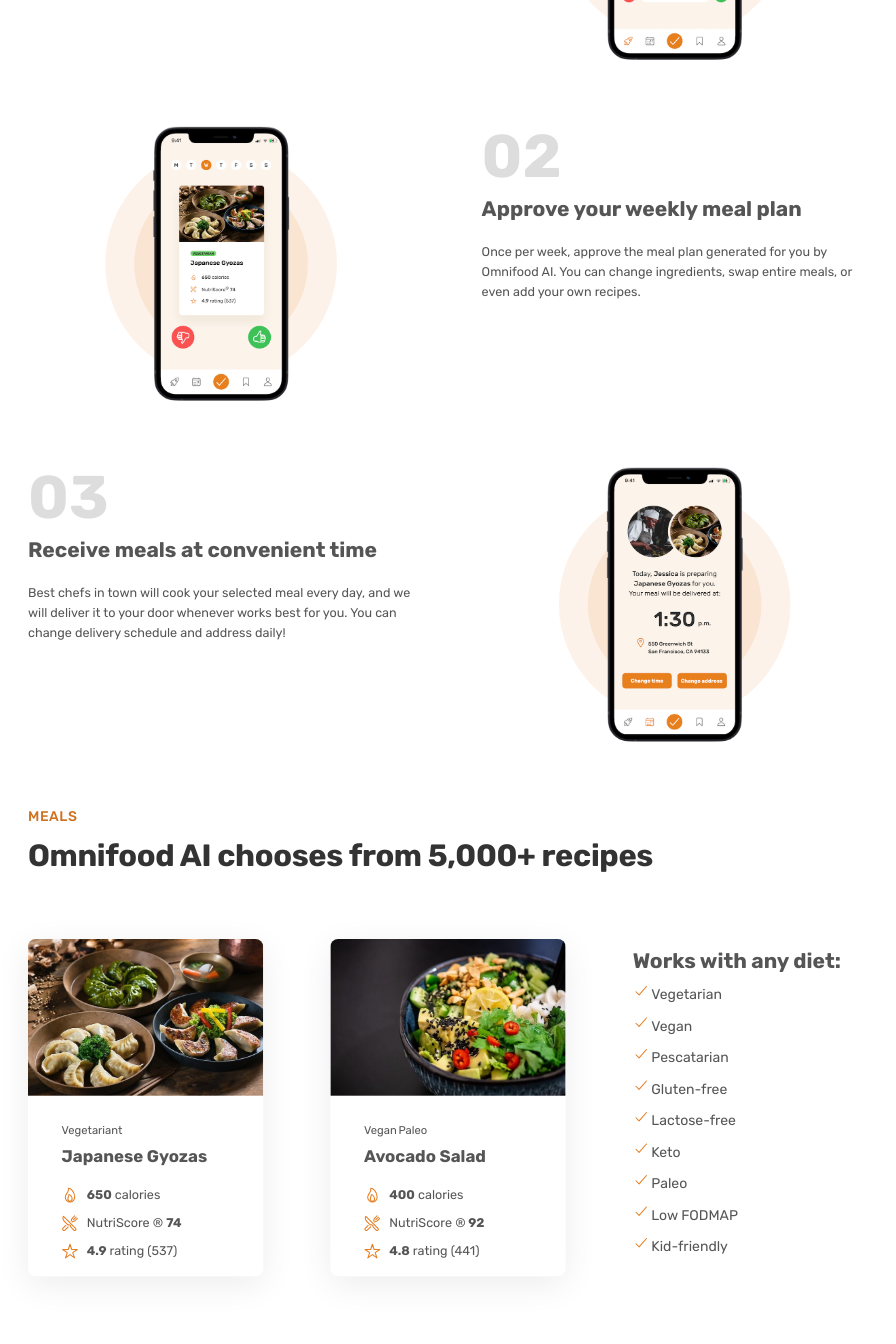
Repository: WefsCao/Omnifood
Page: index.html
An editor plug-in stored every save of this project. The page is shown before and after the next save, followed by the edit.
The browser window is 1280 px wide. The pictures show the part of the page from y = 1405 to 3325 px (the page is 3325 px tall), at 70% of full size.

Above is the page before, as saved 2022-06-05 15:36:03.

### index.html
<!DOCTYPE html>
<html lang="en">
  <head>
    <meta charset="UTF-8" />
    <meta http-equiv="X-UA-Compatible" content="IE=edge" />
    <meta name="viewport" content="width=device-width, initial-scale=1.0" />

    <link rel="preconnect" href="https://fonts.googleapis.com" />
    <link rel="preconnect" href="https://fonts.gstatic.com" crossorigin />
    <link
      href="https://fonts.googleapis.com/css2?family=Rubik:wght@400;500;600;700&display=swap"
      rel="stylesheet"
    />
    <link rel="stylesheet" href="./css/general.css" />
    <link rel="stylesheet" href="./css/style.css" />
    <title>Omnifood</title>
  </head>
  <body>
    <header class="header">
      <img class="logo" src="img/omnifood-logo.png" alt="heder of logo" />

      <nav class="nav-main">
        <ul class="nav-main-list">
          <li><a href="#" class="nav-main-link">How it works</a></li>
          <li><a href="#" class="nav-main-link">Meals</a></li>
          <li><a href="#" class="nav-main-link">Testimonial</a></li>
          <li><a href="#" class="nav-main-link">Pricing</a></li>
          <li><a href="#" class="nav-main-link nav-cta">Try for free</a></li>
        </ul>
      </nav>
    </header>
    <main>
      <section class="section-hero">
        <div class="hero">
          <div class="hero-text-box">
            <h1 class="heading-primary">
              A healthy meal delivered to your door, every single day
            </h1>
            <p class="hero-description">
              The smart 365-days-per-year food subscription that will make you
              eat healthy again. Tailored to your personal tastes and
              nutritional needs.
            </p>
            <a href="#" class="btn btn--full margin-right-sm"
              >Start eating well</a
            >
            <a href="#" class="btn btn--outline">Learn more &darr;</a>
            <div class="delivered-meals">
              <div class="delivered-imgs">
                <img src="img/customers/customer-1.jpg" />
                <img src="img/customers/customer-2.jpg" />
                <img src="img/customers/customer-3.jpg" />
                <img src="img/customers/customer-4.jpg" />
                <img src="img/customers/customer-5.jpg" />
                <img src="img/customers/customer-6.jpg" />
              </div>
              <div class="delivered-text">
                <span>250,000+ </span>meals last year!
              </div>
            </div>
          </div>
          <div class="hero-img-box">
            <img src="img/hero.png" alt="Hero of image" class="hero-img" />
          </div>
        </div>
      </section>
      <section class="section-how">
        <div class="step-title container">
          <span class="subtitle">How it works</span>
          <h2 class="heading-secondary">
            Your daily dose of health in 3 simple steps
          </h2>
        </div>

        <!-- STEP 01 -->
        <div class="step-content container grid grid--2-cols">
          <div class="step-text-box">
            <div class="step-number">01</div>
            <h3 class="heading-tertiary">
              Tell us what you like (and what not)
            </h3>
            <p class="step-text">
              Never again waste time thinking about what to eat! Omnifood AI
              will create a 100% personalized weekly meal plan just for you. It
              makes sure you get all the nutrients and vitamins you need, no
              matter what diet you follow!
            </p>
          </div>
          <div class="step-img-box">
            <img
              class="step-img"
              src="img/app/app-screen-1.png"
              alt="app screen 1"
            />
          </div>
        </div>
        <!-- STEP 02 -->
        <div class="step-content container grid grid--2-cols">
          <div class="step-img-box">
            <img
              class="step-img"
              src="img/app/app-screen-2.png"
              alt="app screen 2"
            />
          </div>
          <div class="step-text-box">
            <div class="step-number">02</div>
            <h3 class="heading-tertiary">Approve your weekly meal plan</h3>
            <p class="step-text">
              Once per week, approve the meal plan generated for you by Omnifood
              AI. You can change ingredients, swap entire meals, or even add
              your own recipes.
            </p>
          </div>
        </div>

        <!-- STEP 03 -->
        <div class="step-content container grid grid--2-cols">
          <div class="step-text-box">
            <div class="step-number">03</div>
            <h3 class="heading-tertiary">Receive meals at convenient time</h3>
            <p class="step-text">
              Best chefs in town will cook your selected meal every day, and we
              will deliver it to your door whenever works best for you. You can
              change delivery schedule and address daily!
            </p>
          </div>
          <div class="step-img-box">
            <img
              class="step-img"
              src="img/app/app-screen-3.png"
              alt="app screen 3"
            />
          </div>
        </div>
      </section>
      <section class="section-meals">
        <div class="container">
          <span class="subtitle">Meals</span>
          <h2 class="heading-secondary">
            Omnifood AI chooses from 5,000+ recipes
          </h2>
        </div>
        <div class="meals container grid grid--3-cols">
          <div class="meal">
            <img
              class="meal-img"
              src="img/meals/meal-1.jpg"
              alt="Japanese Gyozas"
            />
            <div class="meal-content">
              <span class="meal-tag">Vegetariant</span>
              <h3 class="meal-title">Japanese Gyozas</h3>
              <ul class="meal-attributes">
                <li class="meal-attribute">
                  <ion-icon class="meal-icon" name="flame-outline"></ion-icon>
                  <span><strong>650</strong> calories</span>
                </li>

                <li class="meal-attribute">
                  <ion-icon
                    class="meal-icon"
                    name="restaurant-outline"
                  ></ion-icon>
                  <span> NutriScore &reg; <strong>74</strong></span>
                </li>
                <li class="meal-attribute">
                  <ion-icon class="meal-icon" name="star-outline"></ion-icon>
                  <span><strong>4.9</strong> rating (537)</span>
                </li>
              </ul>
            </div>
          </div>
          <div class="meal">
            <img
              class="meal-img"
              src="img/meals/meal-2.jpg"
              alt="Avocado Salad"
            />
            <div class="meal-content">
              <div class="meal-tags">
                <span class="meal-tag">Vegan</span>
                <span class="meal-tag">Paleo</span>
              </div>
              <h3 class="meal-title">Avocado Salad</h3>
              <ul class="meal-attributes">
                <li class="meal-attribute">
                  <ion-icon class="meal-icon" name="flame-outline"></ion-icon>
                  <span><strong>400</strong> calories</span>
                </li>

                <li class="meal-attribute">
                  <ion-icon
                    class="meal-icon"
                    name="restaurant-outline"
                  ></ion-icon>
                  <span>NutriScore &reg;<strong> 92</strong></span>
                </li>
                <li class="meal-attribute">
                  <ion-icon class="meal-icon" name="star-outline"></ion-icon>
                  <span><strong>4.8</strong> rating (441)</span>
                </li>
              </ul>
            </div>
          </div>
          <div class="list">
            <h3 class="heading-tertiary">Works with any diet:</h3>
            <ul class="diets">
              <li class="diet">
                <ion-icon class="diet-icon" name="checkmark-outline"></ion-icon>
                <span class="link">Vegetarian</span>
              </li>
              <li class="diet">
                <ion-icon class="diet-icon" name="checkmark-outline"></ion-icon>
                <span class="link">Vegan</span>
              </li>
              <li class="diet">
                <ion-icon class="diet-icon" name="checkmark-outline"></ion-icon>
                <span class="link">Pescatarian</span>
              </li>
              <li class="diet">
                <ion-icon class="diet-icon" name="checkmark-outline"></ion-icon>
                <span class="link">Gluten-free</span>
              </li>
              <li class="diet">
                <ion-icon class="diet-icon" name="checkmark-outline"></ion-icon>
                <span class="link">Lactose-free</span>
              </li>
              <li class="diet">
                <ion-icon class="diet-icon" name="checkmark-outline"></ion-icon>
                <span class="link">Keto</span>
              </li>
              <li class="diet">
                <ion-icon class="diet-icon" name="checkmark-outline"></ion-icon>
                <span class="link">Paleo</span>
              </li>
              <li class="diet">
                <ion-icon class="diet-icon" name="checkmark-outline"></ion-icon>
                <span class="link">Low FODMAP</span>
              </li>
              <li class="diet">
                <ion-icon class="diet-icon" name="checkmark-outline"></ion-icon>
                <span class="link">Kid-friendly</span>
              </li>
            </ul>
          </div>
        </div>
      </section>
    </main>
    <script
      type="module"
      src="https://unpkg.com/ionicons@5.5.2/dist/ionicons/ionicons.esm.js"
    ></script>
    <script
      nomodule
      src="https://unpkg.com/ionicons@5.5.2/dist/ionicons/ionicons.js"
    ></script>
  </body>
</html>

### css/general.css
/*
--- 01 TYPOGRAPHY
- Font size system (px)
    10 / 12 / 14 / 16 / 18 / 20 / 24 / 30 / 36 / 44 / 52 / 62 / 74 / 86 / 98

- Font weights:
Default: 400

- Line heights:
Default: 1
Small: 1.05


--- 02 COLOR

- Primary: #e67e22
- Tints: #fdf2e9
- Shades: #cf711f
- Accents:
- Grey:
 #555
 #333

 --- 05 SHADOW

 --- 06 BORDER RADIUS
 - Default: 9px

 --- 07 WHITE SPACES
 - Spacing system (px)
 2 / 4 / 8 / 12 / 16 / 24 / 32 / 48 / 64 / 80 / 96 / 128
*/
html {
  font-size: 62.5%;
}
* {
  margin: 0;
  padding: 0;
  box-sizing: border-box;
}
body {
  font-family: "Rubik", sans-serif;
  color: #555;
  font-weight: 400;
  line-height: 1;
}

/****************************************/
/* GENERAL REUSE COMPONENTS */
/****************************************/
.heading-primary,
.heading-secondary {
  line-height: 1.05;
  color: #333;
  font-weight: 700;
  letter-spacing: -0.5px;
  margin-bottom: 3.2rem;
}
.heading-primary {
  font-size: 5.2rem;
}

.btn--full:link,
.btn--full:visited {
  background-color: #e67e22;
  color: #fff;
}
.btn--full:hover,
.btn--full:active {
  background-color: #cf711f;
}

.grid {
  display: grid;
  gap: 9.6rem;
}
.grid--2-cols {
  grid-template-columns: repeat(2, 1fr);
}
.grid--3-cols {
  grid-template-columns: repeat(3, 1fr);
}
.container {
  max-width: 120rem;
  margin: 0 auto;
}

/*************************************/
/* HELPER CLASSES */
/*************************************/

.margin-right-sm {
  margin-right: 1.6rem !important;
}
.heading-tertiary {
  font-size: 3rem;
  font-weight: 700;
  margin: 1.6rem 0;
}

### css/style.css
/****************************************/
/* HEADER */
/****************************************/
.header {
  display: flex;
  align-items: center;
  justify-content: space-between;
  height: 9.6rem;
  padding: 0 4.8rem;
  background-color: #fdf2e9;
}
.logo {
  height: 2.2rem;
}

/****************************************/
/* NAVIGATION */
/****************************************/

.nav-main-list {
  display: flex;
  align-items: center;
  gap: 3.2rem;
  list-style: none;
}
.nav-main-link:link,
.nav-main-link:visited {
  color: #333;
  font-size: 1.8rem;
  font-weight: 600;
  text-decoration: none;
  transition: all 0.3s;
}
.nav-main-link:hover,
.nav-main-link:active {
  color: #e67e22;
}

.nav-main-link.nav-cta:link,
.nav-main-link.nav-cta:visited {
  padding: 1.2rem 2.4rem;
  background-color: #e67e22;
  border-radius: 9px;
  color: #fff;
}
.nav-main-link.nav-cta:hover,
.nav-main-link.nav-cta:active {
  background-color: #cf711f;
}

/****************************************/
/* HERO */
/****************************************/
.section-hero {
  background-color: #fdf2e9;
  padding: 4.8rem 0 9.6rem 0;
}

.hero {
  display: grid;
  grid-template-columns: 1fr 1fr;
  gap: 4.8rem;
  align-items: center;
  max-width: 130rem;
  padding: 0 3.2rem;
  margin: 0 auto;
}

.hero-description {
  font-size: 2rem;
  line-height: 1.6;
  margin-bottom: 4.8rem;
}
.btn:link,
.btn:visited {
  outline: none;
  display: inline-block;
  padding: 1.6rem 3.2rem;
  font-size: 1.8rem;
  font-weight: 700;
  border-radius: 9px;
  text-decoration: none;
  transition: all 0.3s;
}

.btn--outline:link,
.btn--outline:visited {
  background-color: #fff;
  color: #555;
}
.btn--outline:hover,
.btn--outline:active {
  background-color: #fdf2e9;
  box-shadow: inset 0 0 0 3px #fff;
}

.delivered-meals {
  display: flex;
  align-items: center;
  gap: 1.6rem;
  margin-top: 8rem;
}
.delivered-imgs {
  display: flex;
}
.delivered-imgs img {
  width: 4.8rem;
  height: 4.8rem;
  border-radius: 50%;
  border: 3px solid #fdf2e9;
  margin-right: -1.6rem;
}
.delivered-imgs img:last-child {
  margin: 0;
}
.delivered-text {
  font-size: 2rem;
}
.delivered-text span {
  font-weight: 700;
  color: #cf711f;
}
.hero-img {
  width: 100%;
}

/****************************************/
/* HOW IT WORKS SECTION  */
/****************************************/

.step-title {
  margin-top: 9.6rem;
}
.step-content {
  margin-top: 9.6rem;
}
.subtitle {
  letter-spacing: 0.75px;
  text-transform: uppercase;
  color: #cf711f;
  font-weight: 500;
  font-size: 2rem;
}
.heading-secondary {
  font-size: 4.4rem;
  margin-top: 2.4rem;
}
.step-number {
  font-size: 8.6rem;
  font-weight: 700;
  color: #ddd;
}

.step-img-box {
  position: relative;
  display: flex;
  align-items: center;
  justify-content: center;
}
.step-img-box::before,
.step-img-box::after {
  content: "";
  display: block;
  position: absolute;
  border-radius: 50%;
  top: 50%;
  left: 50%;
  transform: translate(-50%, -50%);
}
.step-img-box::before {
  width: 60%;
  padding-bottom: 60%;
  background-color: #fdf2e9;
  z-index: -2;
}
.step-img-box::after {
  width: 45%;
  padding-bottom: 45%;
  background-color: #fae5d3;
  z-index: -1;
}
.step-text {
  margin-top: 3.2rem;
  font-size: 1.8rem;
  line-height: 1.6;
}
.step-img {
  width: 35%;
}

/****************************************/
/* MEALS SECTION  */
/****************************************/

.section-meals {
  padding-bottom: 9.6rem;
}
.meals,
.section-meals {
  margin-top: 9.6rem;
}
.meal {
  box-shadow: 0 1.2rem 4.8rem rgba(0, 0, 0, 0.075);
  border-radius: 11px;
  overflow: hidden;
}
.meal-img {
  width: 100%;
}
.meal-content {
  padding: 2.4rem 4.8rem;
}
.meal-tag {
  display: inline-block;
  font-size: 1.6rem;
  margin-top: 1.6rem;
}
.meal-title {
  font-size: 2.4rem;
  font-weight: 700;
  margin: 1.6rem 0 3.2rem 0;
}
.meal-attributes {
  list-style: none;
  display: flex;

  flex-direction: column;
  gap: 1.6rem;
}
.meal-attribute {
  font-size: 1.8rem;
  display: flex;
  align-items: center;
  gap: 1.2rem;
}
.meal-icon {
  width: 2.4rem;
  height: 2.4rem;
  color: #e67e22;
}
.diets {
  list-style: none;
  display: flex;
  flex-direction: column;
  gap: 1.8rem;
}
.diet-icon {
  width: 2.4rem;
  height: 2.4rem;
  color: #e67e22;
}
.link {
  font-size: 2rem;
}

After the next save:
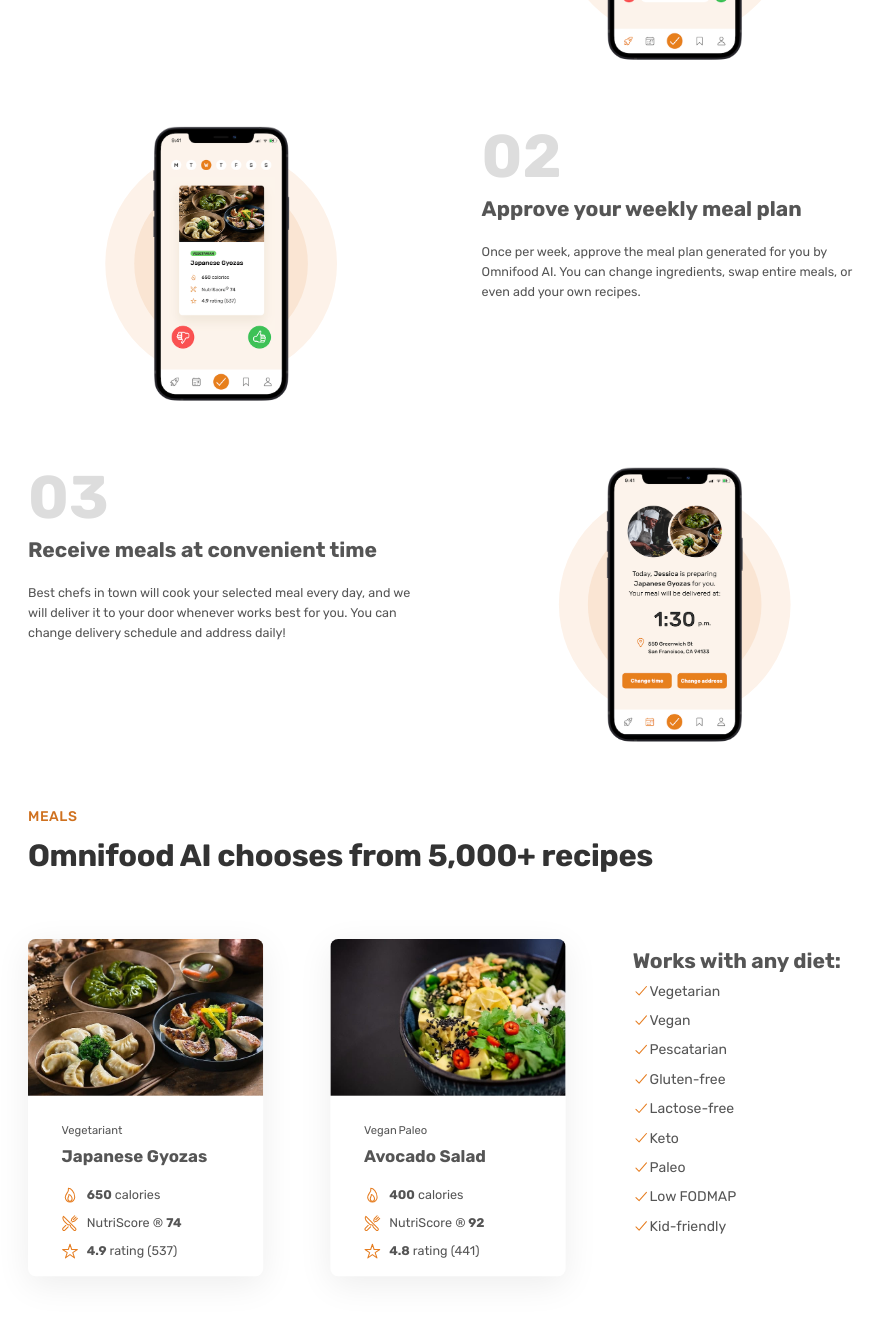
Saved 32 s later.
--- a/css/style.css
+++ b/css/style.css
@@ -244,6 +244,10 @@
   flex-direction: column;
   gap: 1.8rem;
 }
+.diet {
+  display: flex;
+  align-items: center;
+}
 .diet-icon {
   width: 2.4rem;
   height: 2.4rem;
